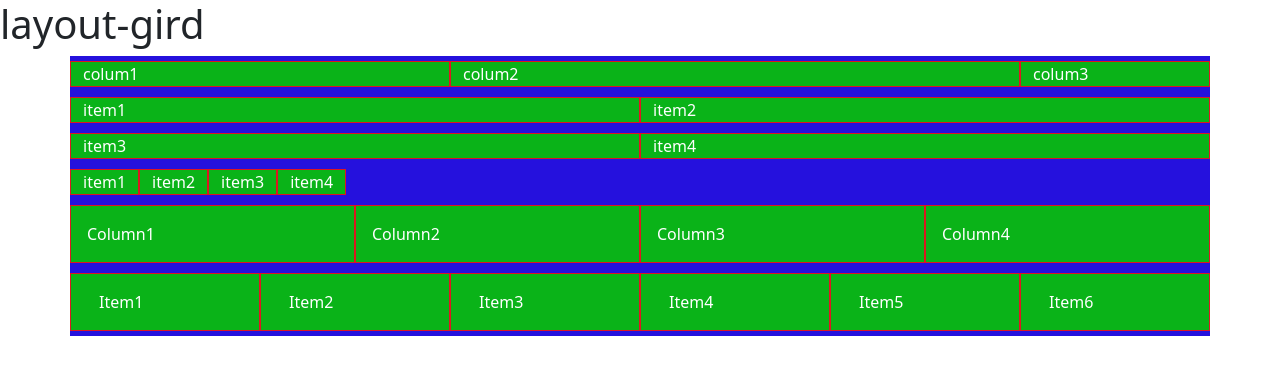
Repository: cvTuananh/Wed-famework
Page: lab05/demo4.html
These files come from the project's save history. The page is drawn as it stood at one moment and after the next save; the edit follows.
The browser window is 1280 px wide. The pictures show the whole page.

Above is the page before, as saved 2021-09-30 20:00:55.

### lab05/demo4.html
<!DOCTYPE html>
<html lang="en">

<head>
    <meta charset="UTF-8">
    <meta http-equiv="X-UA-Compatible" content="IE=edge">
    <meta name="viewport" content="width=device-width, initial-scale=1.0">
    <title>Demo bootstrap</title>
    <link rel="stylesheet" href="./css/style.css">
    <link href="https://cdn.jsdelivr.net/npm/bootstrap@5.1.1/dist/css/bootstrap.min.css" rel="stylesheet" integrity="sha384-F3w7mX95PdgyTmZZMECAngseQB83DfGTowi0iMjiWaeVhAn4FJkqJByhZMI3AhiU" crossorigin="anonymous">
    <style type="text/css">
        .container {
            background-color: var(--color-blue);
        }

        .item {
            border: 1px solid var(--color-red);
            color: var(--color-white);
            background-color: var(--color-green);
            margin: 5px 0;
        }
    </style>
</head>

<body>
    <h1>layout-gird</h1>
    <div class="container overflow-hidden">
        <div class="row">
            <div class="item col-4">colum1</div>
            <div class="item col-6">colum2</div>
            <div class="item col">colum3</div>
        </div>
        <div class="row row-cols-2">
            <div class="item col">item1</div>
            <div class="item col">item2</div>
            <div class="item col">item3</div>
            <div class="item col">item4</div>
        </div>
        <div class="row row-cols-auto">
            <div class="item col">item1</div>
            <div class="item col">item2</div>
            <div class="item col">item3</div>
            <div class="item col">item4</div>
        </div>
        <div class="row gx-2em gv-1">
            <div class="item col p-3">Column1</div>
            <div class="item col p-3">Column2</div>
            <div class="item col p-3">Column3</div>
            <div class="item col p-3">Column4</div>
        </div>
        <div class="row">
            <div class="item col">
                <div class="p-3">Item1</div>
            </div>
            <div class="item col">
                <div class="p-3">Item2</div>
            </div>
            <div class="item col">
                <div class="p-3">Item3</div>
            </div>
            <div class="item col">
                <div class="p-3">Item4</div>
            </div>
            <div class="item col">
                <div class="p-3">Item5</div>
            </div>
            <div class="item col">
                <div class="p-3">Item6</div>
            </div>
        </div>

    </div>



    <script src="https://cdn.jsdelivr.net/npm/bootstrap@5.1.1/dist/js/bootstrap.bundle.min.js" integrity="sha384-/bQdsTh/da6pkI1MST/rWKFNjaCP5gBSY4sEBT38Q/9RBh9AH40zEOg7Hlq2THRZ" crossorigin="anonymous"></script>
</body>

</html>

### lab05/css/style.css
:root {
    --color-yellow: #ffc285;
    --color-red: #dd1721;
    --color-prue: #663bb7;
    --color-green: #0ab318;
    --color-blue: #2511dd;
    --color-white: #fff;
}

After the next save:
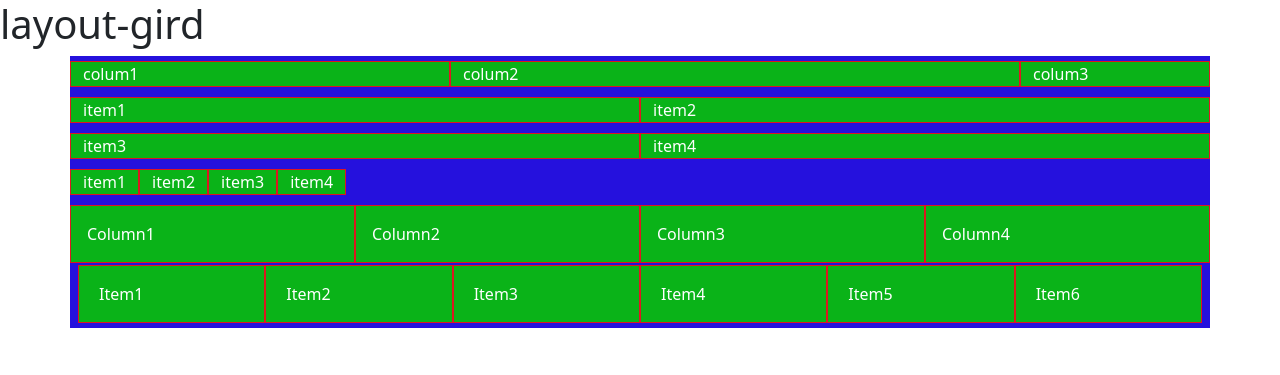
Saved 21 s later.
--- a/lab05/demo4.html
+++ b/lab05/demo4.html
@@ -48,7 +48,7 @@
             <div class="item col p-3">Column3</div>
             <div class="item col p-3">Column4</div>
         </div>
-        <div class="row">
+        <div class="row g-2">
             <div class="item col">
                 <div class="p-3">Item1</div>
             </div>
